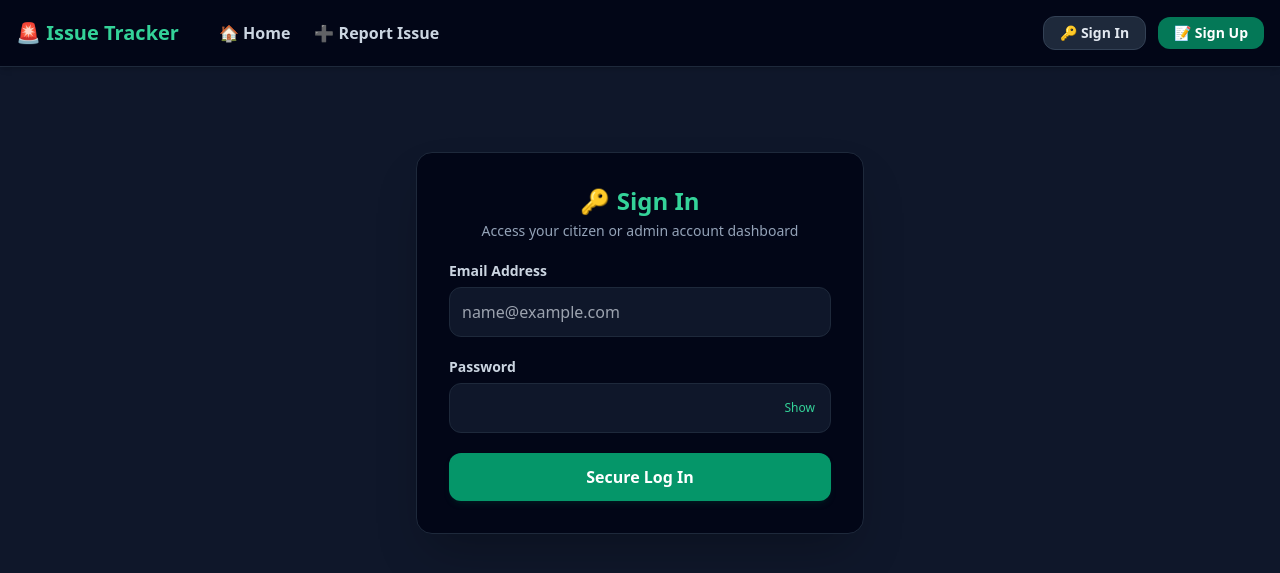
Repository: pugazhendhiprem3-cp/local-issue-management-system-.-.-.
Page: /login (app in my-react-app/)
These files come from the project's save history. The page is drawn as it stood at one moment and after the next save; the edit follows.
The browser window is 1280 px wide. The pictures show the whole page.
The project was rebuilt for these pictures with package versions that can differ from the ones it lists, and the page was loaded fresh each time. Also part of the build but not shown: my-react-app/vite.config.js, my-react-app/src/services/api.js, my-react-app/src/pages/CreateIssue.jsx, my-react-app/src/pages/IssuesFeed.jsx, my-react-app/src/pages/Signup.jsx, my-react-app/src/pages/AuthDashBoard.jsx.

Above is the page before, as saved 2026-05-26 11:29:29.

### my-react-app/index.html
<!doctype html>
<html lang="en">
  <head>
    <meta charset="UTF-8" />
    <link rel="icon" type="image/svg+xml" href="/favicon.svg" />
    <meta name="viewport" content="width=device-width, initial-scale=1.0" />
    <title>my-react-app</title>
  </head>
  <body>
    <div id="root"></div>
    <script type="module" src="/src/main.jsx"></script>
  </body>
</html>

### my-react-app/src/App.jsx
import React, { useState, useEffect } from 'react';
import { BrowserRouter as Router, Routes, Route, Link } from 'react-router-dom';
import CreateIssue from './pages/CreateIssue';
import IssuesFeed from './pages/IssuesFeed';
import Login from './pages/Login';
import Signup from './pages/Signup';
import AdminDashboard from './pages/AuthDashboard';
import { Toaster, toast } from "sonner";

// 🟢 HOME PAGE
const Home = () => {
  return (
    <div className="space-y-10">

      {/* WELCOME BANNER */}
      <div className="text-center mt-12 p-8 bg-slate-950 rounded-xl border border-slate-800 max-w-xl mx-auto shadow-2xl">

        <h1 className="text-3xl font-bold text-emerald-400 mb-4">
          🚨 Local Issue Tracker
        </h1>

        <p className="text-slate-400 mb-6">
          Track and report civic issues in your neighborhood instantly.
        </p>

        <Link
          to="/create-issue"
          className="inline-block bg-emerald-600 hover:bg-emerald-500 text-white font-bold py-2.5 px-6 rounded transition duration-200"
        >
          Report a New Issue Now
        </Link>

      </div>

      {/* LIVE FEED */}
      <IssuesFeed />

    </div>
  );
};

function App() {

  // 🟢 AUTH STATE
  const [isAuthenticated, setIsAuthenticated] = useState(false);

  // 🟢 USER ROLE
  const role = localStorage.getItem('role');

  // 🟢 CHECK TOKEN ON LOAD
  useEffect(() => {

    const token = localStorage.getItem('token'); //axiom receptors is being used here

    setIsAuthenticated(!!token);

  }, []);

  // 🟢 LOGOUT
  const handleLogout = () => {

    localStorage.removeItem('token');
    localStorage.removeItem('role');

    setIsAuthenticated(false);

    window.location.href = '/';
  };

  return (

    <Router>
      <Toaster position="top-right" />

      <div className="min-h-screen bg-slate-900 text-white">

        {/* ================= NAVBAR ================= */}
        <nav className="p-4 bg-slate-950 border-b border-slate-800 flex justify-between items-center shadow-md">

          {/* LEFT SIDE */}
          <div className="flex gap-6 items-center">

            {/* LOGO */}
            <div className="text-xl font-bold text-emerald-400 mr-4">
              🚨 Issue Tracker
            </div>

            {/* HOME */}
            <Link
              to="/"
              className="text-slate-300 font-semibold hover:text-emerald-400 transition-colors"
            >
              🏠 Home
            </Link>

            {/* USER ONLY */}
            {role !== "ADMIN" && (

              <Link
                to="/create-issue"
                className="text-slate-300 font-semibold hover:text-emerald-400 transition-colors"
              >
                ➕ Report Issue
              </Link>

            )}

            {/* ADMIN ONLY */}
            {role === "ADMIN" && (

              <Link
                to="/admin"
                className="text-slate-300 font-semibold hover:text-emerald-400 transition-colors"
              >
                🛠 Admin Dashboard
              </Link>

            )}

          </div>

          {/* RIGHT SIDE */}
          <div className="flex gap-3 items-center">

            {isAuthenticated ? (

              // 🟢 LOGOUT BUTTON
              <button
                onClick={handleLogout}
                className="bg-red-950 hover:bg-red-900 text-red-200 border border-red-800 font-semibold py-1.5 px-4 rounded-xl transition duration-200 text-sm"
              >
                🛑 Sign Out
              </button>

            ) : (

              // 🟢 LOGIN + SIGNUP
              <>
                <Link
                  to="/login"
                  className="bg-slate-800 hover:bg-slate-700 text-slate-200 border border-slate-700 font-semibold py-1.5 px-4 rounded-xl transition duration-200 text-sm"
                >
                  🔑 Sign In
                </Link>

                <Link
                  to="/signup"
                  className="bg-emerald-700 hover:bg-emerald-600 text-white font-semibold py-1.5 px-4 rounded-xl transition duration-200 text-sm"
                >
                  📝 Sign Up
                </Link>
              </>

            )}

          </div>

        </nav>

        {/* ================= ROUTES ================= */}
        <div className="container mx-auto px-4 py-6">

          <Routes>

            {/* HOME */}
            <Route
              path="/"
              element={<Home />}
            />

            {/* USER ONLY CREATE ISSUE */}
            <Route
              path="/create-issue"
              element={
                role !== "ADMIN"
                  ? <CreateIssue />
                  : <Home />
              }
            />

            {/* LOGIN */}
            <Route
              path="/login"
              element={
                <Login setIsAuthenticated={setIsAuthenticated} />
              }
            />

            {/* SIGNUP */}
            <Route
              path="/signup"
              element={<Signup />}
            />

            {/* ADMIN DASHBOARD */}
            <Route
              path="/admin"
              element={
                role === "ADMIN"
                  ? <AdminDashboard />
                  : <Home />
              }
            />

          </Routes>

        </div>

      </div>

    </Router>
  );
}

export default App;

### my-react-app/src/pages/login.jsx
import React, { useState } from 'react';
import axios from 'axios';
import { useNavigate } from 'react-router-dom';
import toast from 'react-hot-toast';

// 🟢 Destructure setIsAuthenticated passed down from App.jsx
const Login = ({ setIsAuthenticated }) => {

    const [loginData, setLoginData] = useState({
        email: '',
        password: ''
    });

    const [loading, setLoading] = useState(false);

    // 🟢 State for password visibility
    const [showPassword, setShowPassword] = useState(false);

    const navigate = useNavigate();

    // 🟢 Dynamically track typing inside inputs
    const handleChange = (e) => {
        setLoginData({
            ...loginData,
            [e.target.name]: e.target.value
        });
    };

    const handleLoginSubmit = async (e) => {
        e.preventDefault();
        setLoading(true);

        try {

            // 🟢 Send credentials to Spring Boot backend
            const response = await axios.post(
                'http://localhost:8080/api/auth/login',
                loginData
            );

            // 🟢 Extract token and role
            const { token, role } = response.data;

            // 🟢 Store auth data in browser
            localStorage.setItem('token', token);
            localStorage.setItem('role', role);

            // 🟢 Update authentication state
            if (setIsAuthenticated) {
                setIsAuthenticated(true);
            }

            toast.success('Login successful');

            // 🟢 Redirect to home page
            navigate('/');

        } catch (err) {

            console.error(err);

            toast.error(
                err.response?.data ||
                'Invalid email or password. Please try again.'
            );

        } finally {
            setLoading(false);
        }
    };

    return (
        <div className="flex justify-center items-center min-h-[70vh]">

            <form
                onSubmit={handleLoginSubmit}
                className="bg-slate-950 border border-slate-800 p-8 rounded-2xl shadow-2xl w-full max-w-md space-y-5"
            >

                {/* Header */}
                <div className="text-center">
                    <h2 className="text-2xl font-bold text-emerald-400">
                        🔑 Sign In
                    </h2>

                    <p className="text-slate-400 text-sm mt-1">
                        Access your citizen or admin account dashboard
                    </p>
                </div>

                {/* Email Input */}
                <div>
                    <label className="block text-sm font-semibold text-slate-300 mb-1.5">
                        Email Address
                    </label>

                    <input
                        type="email"
                        name="email"
                        value={loginData.email}
                        onChange={handleChange}
                        required
                        placeholder="name@example.com"
                        className="w-full p-3 rounded-xl bg-slate-900 border border-slate-800 focus:outline-none focus:border-emerald-500 text-slate-100 transition-colors"
                    />
                </div>

                {/* Password Input */}
                <div>

                    <label className="block text-sm font-semibold text-slate-300 mb-1.5">
                        Password
                    </label>

                    <div className="relative">

                        <input
                            type={showPassword ? 'text' : 'password'}
                            name="password"
                            value={loginData.password}
                            onChange={handleChange}
                            required
                            //placeholder="Enter Password"
                            className="w-full p-3 pr-16 rounded-xl bg-slate-900 border border-slate-800 focus:outline-none focus:border-emerald-500 text-slate-100 transition-colors"
                        />

                        {/* Show / Hide Button */}
                        <button
                            type="button"
                            onClick={() => setShowPassword(!showPassword)}
                            className="absolute right-4 top-1/2 -translate-y-1/2 text-xs text-emerald-400 hover:text-emerald-300 z-10"
                        >
                            {showPassword ? 'Hide' : 'Show'}
                        </button>

                    </div>

                </div>

                {/* Submit Button */}
                <button
                    type="submit"
                    disabled={loading}
                    className="w-full bg-emerald-600 hover:bg-emerald-500 disabled:bg-emerald-800 text-white font-bold p-3 rounded-xl transition duration-200 shadow-md shadow-emerald-900/20"
                >
                    {loading ? 'Authenticating...' : 'Secure Log In'}
                </button>

            </form>

        </div>
    );
};

export default Login;

Loaded but not shown: my-react-app/src/main.jsx (common file); my-react-app/src/index.css (common file); my-react-app/tailwind.config.js (common file)

After the next save:
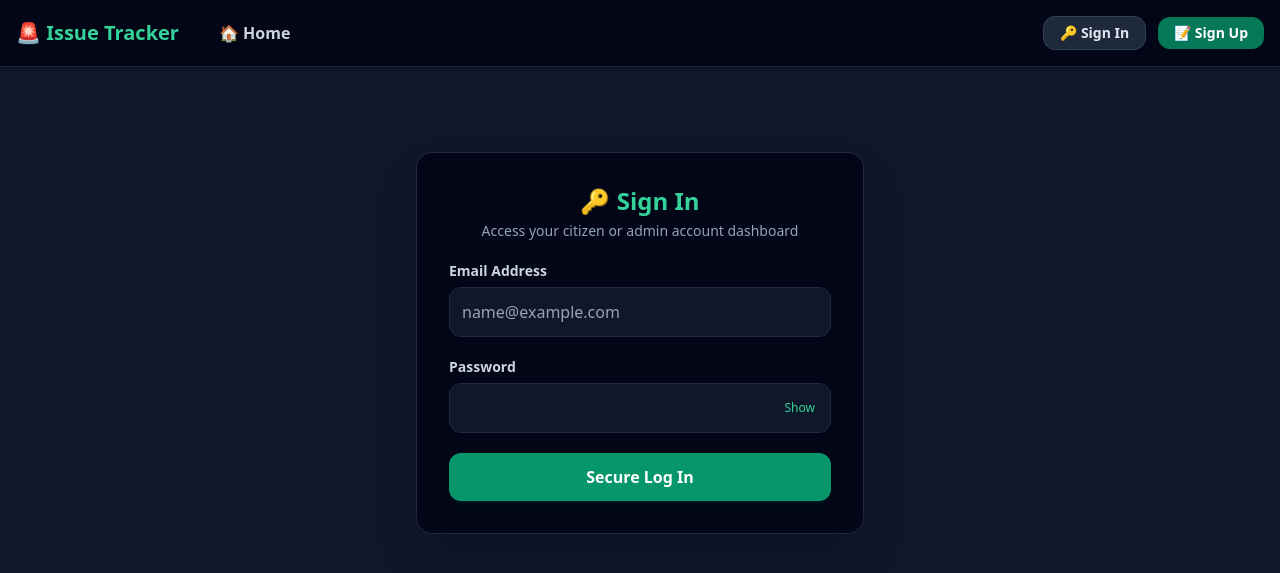
Saved 4 h 10 min later.
--- a/my-react-app/src/App.jsx
+++ b/my-react-app/src/App.jsx
@@ -7,207 +7,109 @@ import Signup from './pages/Signup';
 import AdminDashboard from './pages/AuthDashboard';
 import { Toaster, toast } from "sonner";
 
-// 🟢 HOME PAGE
 const Home = () => {
   return (
     <div className="space-y-10">
-
-      {/* WELCOME BANNER */}
       <div className="text-center mt-12 p-8 bg-slate-950 rounded-xl border border-slate-800 max-w-xl mx-auto shadow-2xl">
-
         <h1 className="text-3xl font-bold text-emerald-400 mb-4">
           🚨 Local Issue Tracker
         </h1>
-
         <p className="text-slate-400 mb-6">
           Track and report civic issues in your neighborhood instantly.
         </p>
-
         <Link
           to="/create-issue"
           className="inline-block bg-emerald-600 hover:bg-emerald-500 text-white font-bold py-2.5 px-6 rounded transition duration-200"
         >
           Report a New Issue Now
         </Link>
-
       </div>
-
-      {/* LIVE FEED */}
       <IssuesFeed />
-
     </div>
   );
 };
 
 function App() {
-
-  // 🟢 AUTH STATE
   const [isAuthenticated, setIsAuthenticated] = useState(false);
-
-  // 🟢 USER ROLE
   const role = localStorage.getItem('role');
 
-  // 🟢 CHECK TOKEN ON LOAD
   useEffect(() => {
-
-    const token = localStorage.getItem('token'); //axiom receptors is being used here
-
+    const token = localStorage.getItem('token');
     setIsAuthenticated(!!token);
-
   }, []);
 
-  // 🟢 LOGOUT
   const handleLogout = () => {
-
     localStorage.removeItem('token');
     localStorage.removeItem('role');
-
     setIsAuthenticated(false);
-
     window.location.href = '/';
   };
 
   return (
-
     <Router>
       <Toaster position="top-right" />
-
       <div className="min-h-screen bg-slate-900 text-white">
-
-        {/* ================= NAVBAR ================= */}
         <nav className="p-4 bg-slate-950 border-b border-slate-800 flex justify-between items-center shadow-md">
-
-          {/* LEFT SIDE */}
           <div className="flex gap-6 items-center">
-
-            {/* LOGO */}
             <div className="text-xl font-bold text-emerald-400 mr-4">
               🚨 Issue Tracker
             </div>
-
-            {/* HOME */}
-            <Link
-              to="/"
-              className="text-slate-300 font-semibold hover:text-emerald-400 transition-colors"
-            >
+            <Link to="/" className="text-slate-300 font-semibold hover:text-emerald-400 transition-colors">
               🏠 Home
             </Link>
 
-            {/* USER ONLY */}
-            {role !== "ADMIN" && (
-
+            {/* ✅ Show Report Issue ONLY if logged in and not ADMIN */}
+            {isAuthenticated && role !== "ADMIN" && (
               <Link
                 to="/create-issue"
                 className="text-slate-300 font-semibold hover:text-emerald-400 transition-colors"
               >
                 ➕ Report Issue
               </Link>
-
             )}
 
-            {/* ADMIN ONLY */}
+            {/* ✅ Authority Dashboard for ADMIN only */}
             {role === "ADMIN" && (
-
               <Link
                 to="/admin"
                 className="text-slate-300 font-semibold hover:text-emerald-400 transition-colors"
               >
-                🛠 Admin Dashboard
+                🛠 Authority Dashboard
               </Link>
-
             )}
-
           </div>
 
-          {/* RIGHT SIDE */}
           <div className="flex gap-3 items-center">
-
             {isAuthenticated ? (
-
-              // 🟢 LOGOUT BUTTON
               <button
                 onClick={handleLogout}
                 className="bg-red-950 hover:bg-red-900 text-red-200 border border-red-800 font-semibold py-1.5 px-4 rounded-xl transition duration-200 text-sm"
               >
                 🛑 Sign Out
               </button>
-
             ) : (
-
-              // 🟢 LOGIN + SIGNUP
               <>
-                <Link
-                  to="/login"
-                  className="bg-slate-800 hover:bg-slate-700 text-slate-200 border border-slate-700 font-semibold py-1.5 px-4 rounded-xl transition duration-200 text-sm"
-                >
+                <Link to="/login" className="bg-slate-800 hover:bg-slate-700 text-slate-200 border border-slate-700 font-semibold py-1.5 px-4 rounded-xl transition duration-200 text-sm">
                   🔑 Sign In
                 </Link>
-
-                <Link
-                  to="/signup"
-                  className="bg-emerald-700 hover:bg-emerald-600 text-white font-semibold py-1.5 px-4 rounded-xl transition duration-200 text-sm"
-                >
+                <Link to="/signup" className="bg-emerald-700 hover:bg-emerald-600 text-white font-semibold py-1.5 px-4 rounded-xl transition duration-200 text-sm">
                   📝 Sign Up
                 </Link>
               </>
-
             )}
-
           </div>
-
         </nav>
 
-        {/* ================= ROUTES ================= */}
         <div className="container mx-auto px-4 py-6">
-
           <Routes>
-
-            {/* HOME */}
-            <Route
-              path="/"
-              element={<Home />}
-            />
-
-            {/* USER ONLY CREATE ISSUE */}
-            <Route
-              path="/create-issue"
-              element={
-                role !== "ADMIN"
-                  ? <CreateIssue />
-                  : <Home />
-              }
-            />
-
-            {/* LOGIN */}
-            <Route
-              path="/login"
-              element={
-                <Login setIsAuthenticated={setIsAuthenticated} />
-              }
-            />
-
-            {/* SIGNUP */}
-            <Route
-              path="/signup"
-              element={<Signup />}
-            />
-
-            {/* ADMIN DASHBOARD */}
-            <Route
-              path="/admin"
-              element={
-                role === "ADMIN"
-                  ? <AdminDashboard />
-                  : <Home />
-              }
-            />
-
+            <Route path="/" element={<Home />} />
+            <Route path="/create-issue" element={role !== "ADMIN" ? <CreateIssue /> : <Home />} />
+            <Route path="/login" element={<Login setIsAuthenticated={setIsAuthenticated} />} />
+            <Route path="/signup" element={<Signup />} />
+            <Route path="/admin" element={role === "ADMIN" ? <AdminDashboard /> : <Home />} />
           </Routes>
-
         </div>
-
       </div>
-
     </Router>
   );
 }
